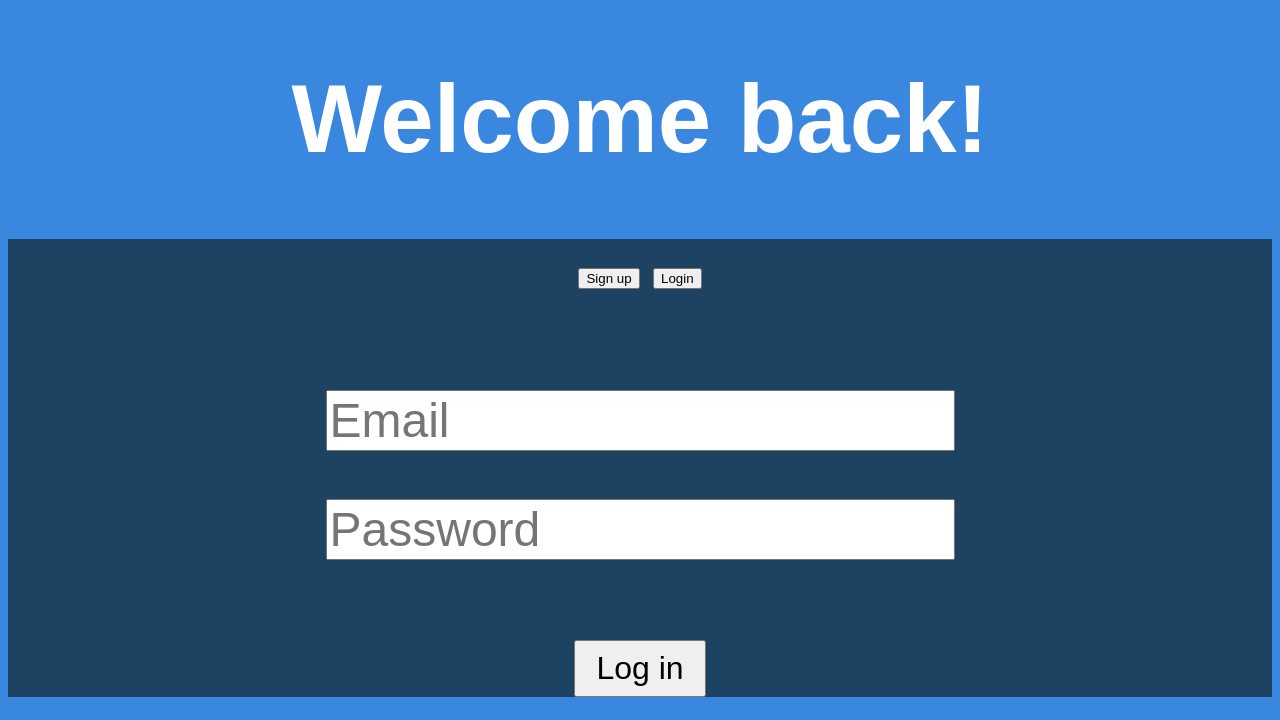
Repository: NicolasssCarlos/basic-flask-login
Page: http://localhost/
These files come from the project's save history. The page is drawn as it stood at one moment and after the next save; the edit follows.
The browser window is 1280 px wide. The pictures show the whole page.
The page is served by the project's application, run on Flask 3 (app.py).

Above is the page before, as saved 2025-06-11 20:37:45.

### templates/index.html
<!DOCTYPE html>
<html lang="en">
<head>
    <meta charset="UTF-8">
    <meta name="viewport" content="width=device-width, initial-scale=1.0">


    <link rel="stylesheet" href="{{url_for('static', filename='main.css')}}">
    <title>Document</title>
</head>
<body class="login">


    <div class="container">


        <h1>Welcome back!</h1>


        <div class="log-in">


            <form method="post">


                <div class="buttons">


                    <button type="button" onclick="window.location.href='/signup'">Sign up</button>


                    <button type="button" onclick="window.location.href='/'">Login</button>



                </div>


                <div class="inputs">


                    <input type="email" name="email" placeholder="Email">


                    <input type="password" name="password" placeholder="Password">


                    <button type="submit">Log in</button>



                </div>



            </form>



        </div>


        {% if welcome %}


            {{ welcome }}


        {% elif error %}


            {{ error }}


        {% endif %}



    </div>



</body>
</html>

### app.py
from flask import Flask, render_template, request
import sqlite3



app = Flask(__name__)



connection = sqlite3.connect("users_log.db", check_same_thread=False)
cursor = connection.cursor()



cursor.execute("""
    CREATE TABLE IF NOT EXISTS users_log (
        id INTEGER PRIMARY KEY AUTOINCREMENT,
        name TEXT,
        username TEXT,
        email TEXT,
        password TEXT
    )
""")

@app.route("/", methods=["POST", "GET"])
def home():
    welcome = error = ""

    if request.method == "POST":
        email = request.form.get("email")
        password = request.form.get("password")

        cursor.execute("SELECT * FROM users_log WHERE email = ?", (email,))
        user_found = cursor.fetchone()

        if user_found:
            if user_found[4] == password:
                welcome = f"Welcome, {user_found[1]}"
            else:
                error = "Login failed. Incorrect email or password"

    return render_template("index.html", welcome=welcome, error=error)

@app.route("/signup", methods=["POST", "GET"])
def signup():
    errors = []
    welcome = ""

    if request.method == "POST":
        name = request.form.get("name")
        username = request.form.get("username")
        email = request.form.get("email")
        password = request.form.get("password")

        if name and username and email and password:
            cursor.execute("SELECT * FROM users_log WHERE email = ?", (email,))
            if cursor.fetchone():
                errors.append("Email is already in use")

            cursor.execute("SELECT * FROM users_log WHERE username = ?", (username,))
            if cursor.fetchone():
                errors.append("Username is already in use")

            if not errors:
                cursor.execute(
                    "INSERT INTO users_log (name, username, email, password) VALUES (?, ?, ?, ?)",
                    (name, username, email, password)
                )

                cursor.execute("SELECT * FROM users_log WHERE username = ?", (username,))
                user = cursor.fetchone()
                user_name = user[1]
                welcome = f"Welcome, {user_name}"

    return render_template("login.html", errors=errors, welcome=welcome)

if __name__ == "__main__":
    app.run(debug=True)

### static/main.css
.login {

    font-family: Arial, Helvetica, sans-serif;


    font-size: 3rem;


    background-color: #3a87df;


    color: #fff;


    margin-bottom: 0;



}


.login h1 {


    align-items: center;


    justify-content: center;


    text-align: center;



}


.login .container .log-in {





    background-color: #1e4262;


    color: #fff;



}


.inputs {



    display: flex;


    flex-direction: column;


    gap: 1rem;


    width: 30%;


    margin: 0 auto;


    margin-top: 5rem;


    align-items: center;


    justify-content: center;


    text-align: center;
}


.inputs input {


    font-size: 3rem;


    margin-bottom: 1rem;


    margin-top: 1rem;



}


.inputs button {


    font-size: 2rem;


    width: 35%;


    align-items: center;


    justify-content: center;


    text-align: center;


    padding: 0.5rem;


    margin-top: 3rem;



}


.login .container .buttons {


    align-items: center;


    justify-content: center;


    text-align: center;


    border: none;
}

After the next save:
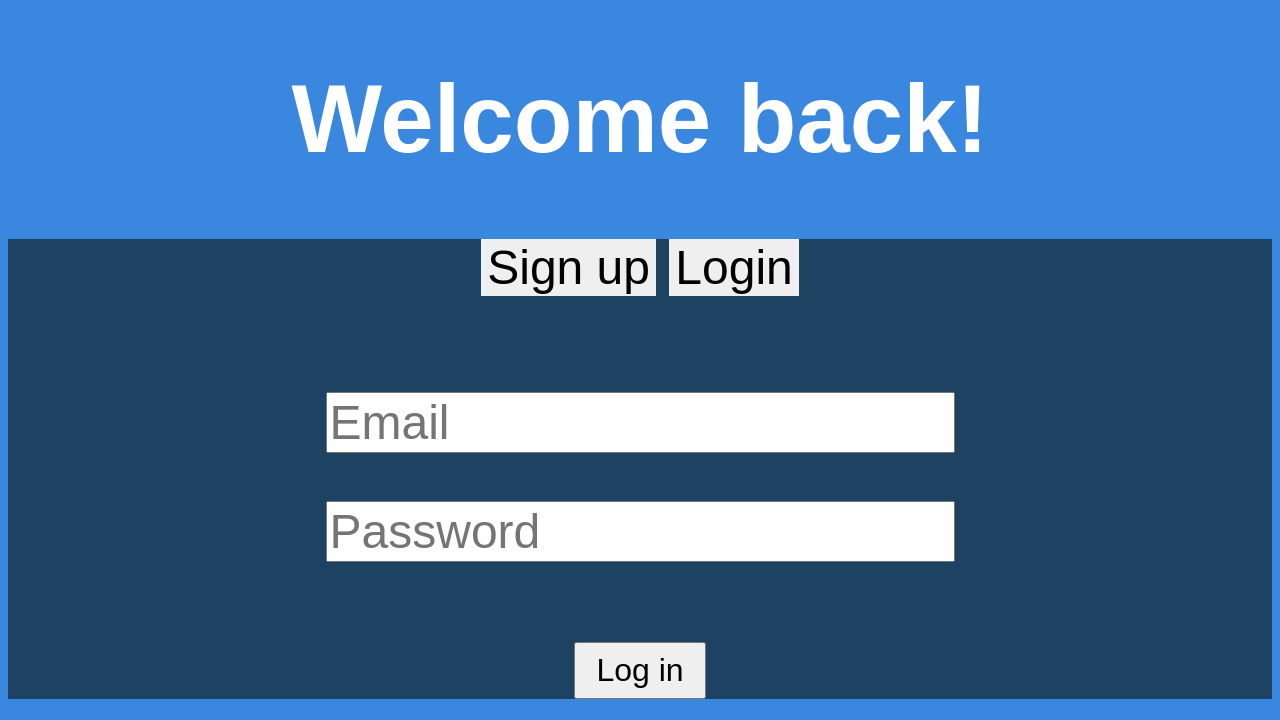
Saved 51 s later.
--- a/static/main.css
+++ b/static/main.css
@@ -139,5 +139,15 @@
     text-align: center;
 
 
-    border: none;
+
 }
+
+
+.buttons button {
+
+
+    border: transparent;
+
+
+    font-size: 3rem;
+}
